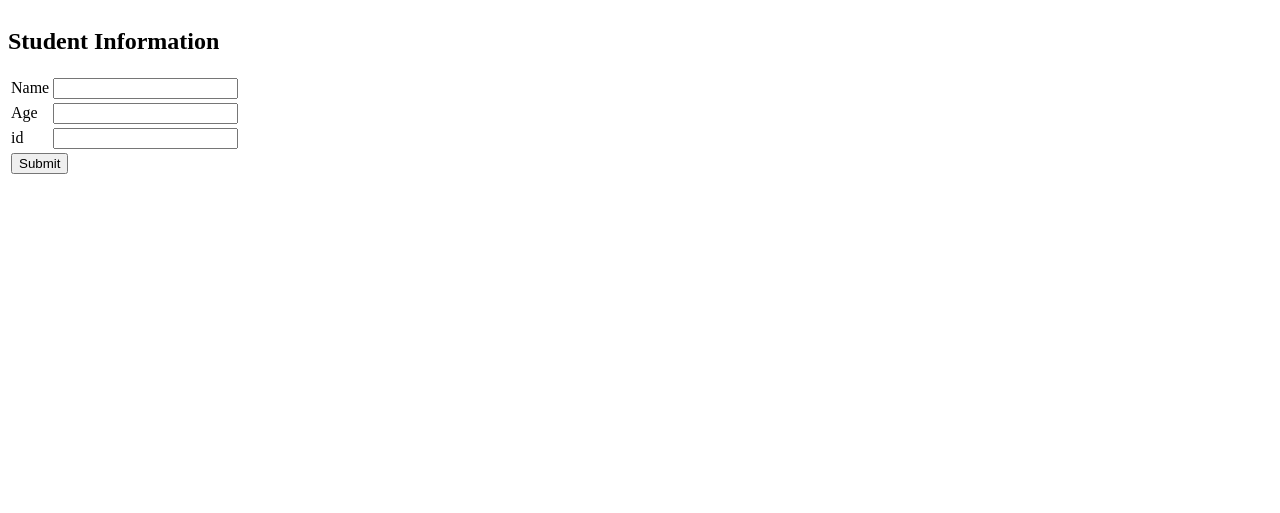
Repository: awantik/spring-mvc-mindtree
Page: http://localhost/spring-mvc-demo/student/studentform
The author's editor kept a copy of each file at every save. The page is drawn from the files as they stood at one save, then again after the next save.
The browser window is 1280 px wide. The pictures show the whole page.
The page is served by Tomcat 9.

Above is the page before, as saved 2016-09-07 19:11:10.

After the next save:
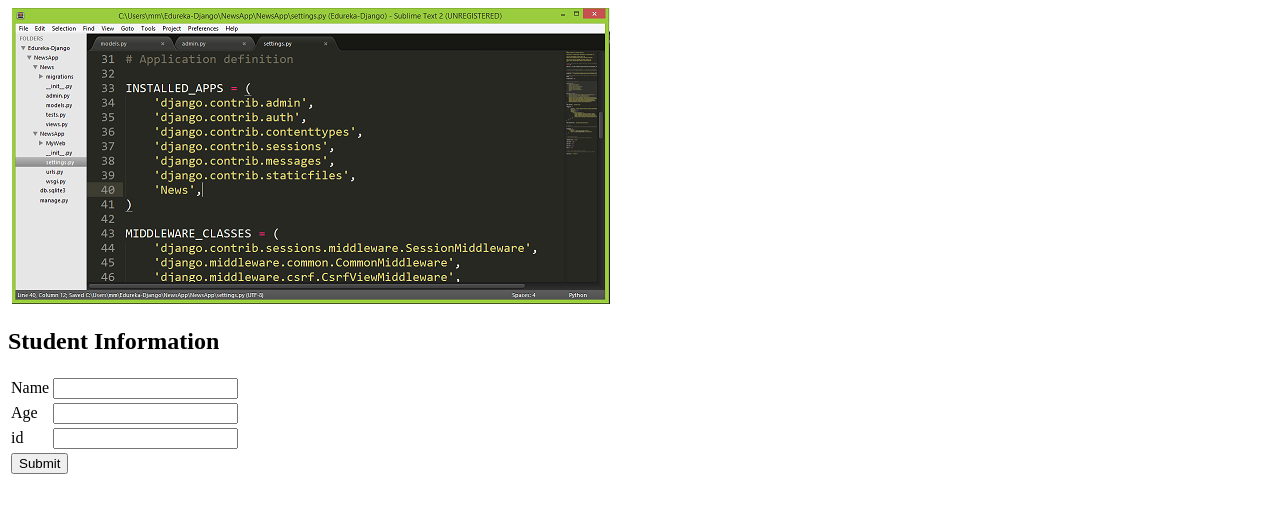
Saved 37 s later.
--- a/spring-mvc-demo/WebContent/WEB-INF/student.jsp
+++ b/spring-mvc-demo/WebContent/WEB-INF/student.jsp
@@ -8,6 +8,7 @@
 <body>
 
 <img scr="/resources/img/pic.png"/>
+<img src="<c:url value="/resources/img/pic.png" />" />
 <h2>Student Information</h2>
 <form:form method="POST" action="/spring-mvc-demo/student/addStudent">
    <table>
